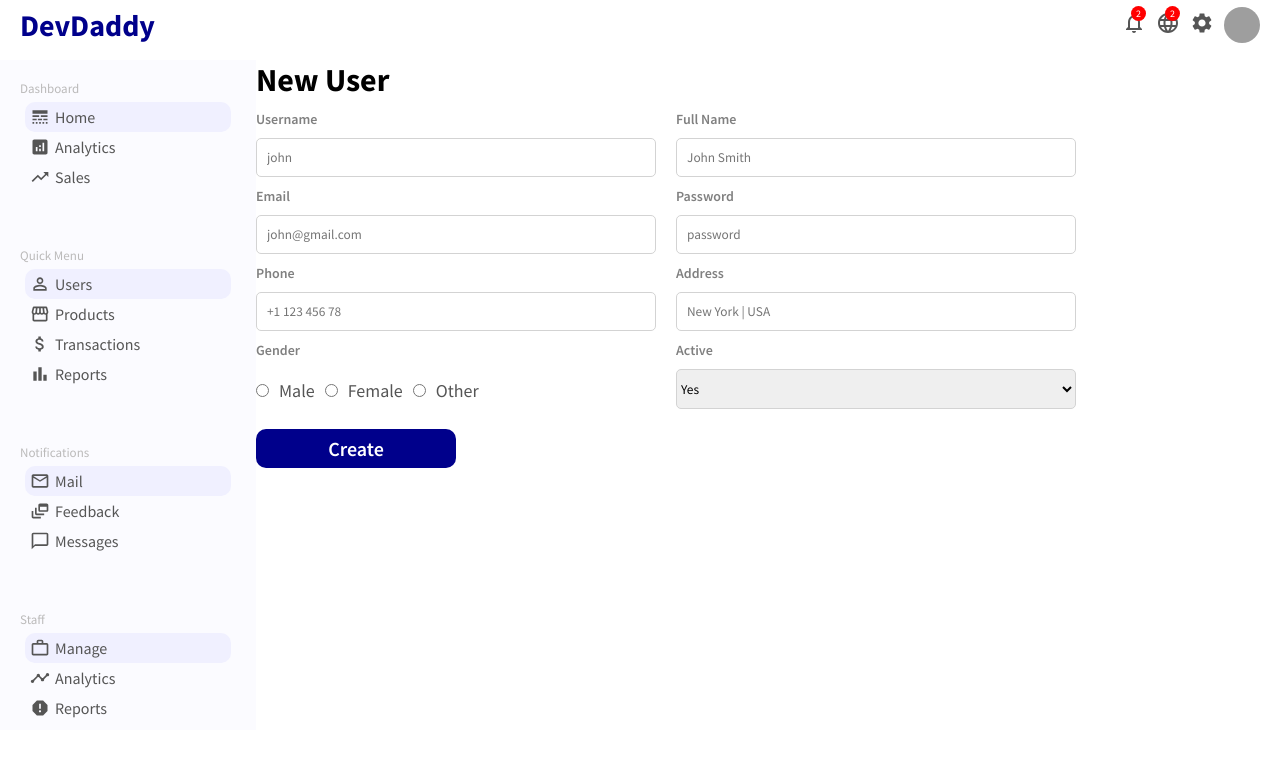
Repository: Marhamat92/react-admin-dashboard
Page: /newUser
An editor plug-in stored every save of this project. The page is shown before and after the next save, followed by the edit.
The browser window is 1280 px wide. The pictures show the whole page.
Pictures or frames that could not be fetched are drawn as grey boxes. The project was rebuilt for these pictures with package versions that can differ from the ones it lists, and the page was loaded fresh each time. Also part of the build but not shown: src/pages/home/home.scss, src/components/featuredInfo/featuredInfo.scss, src/components/featuredInfo/FeaturedInfo.js, src/components/chart/chart.scss, src/components/chart/Chart.js, src/data/userData.js, src/components/widgetSm/widgetSm.scss, src/components/widgetSm/WidgetSm.js and 8 more.

Above is the page before, as saved 2023-02-13 14:43:43.

After the next save:
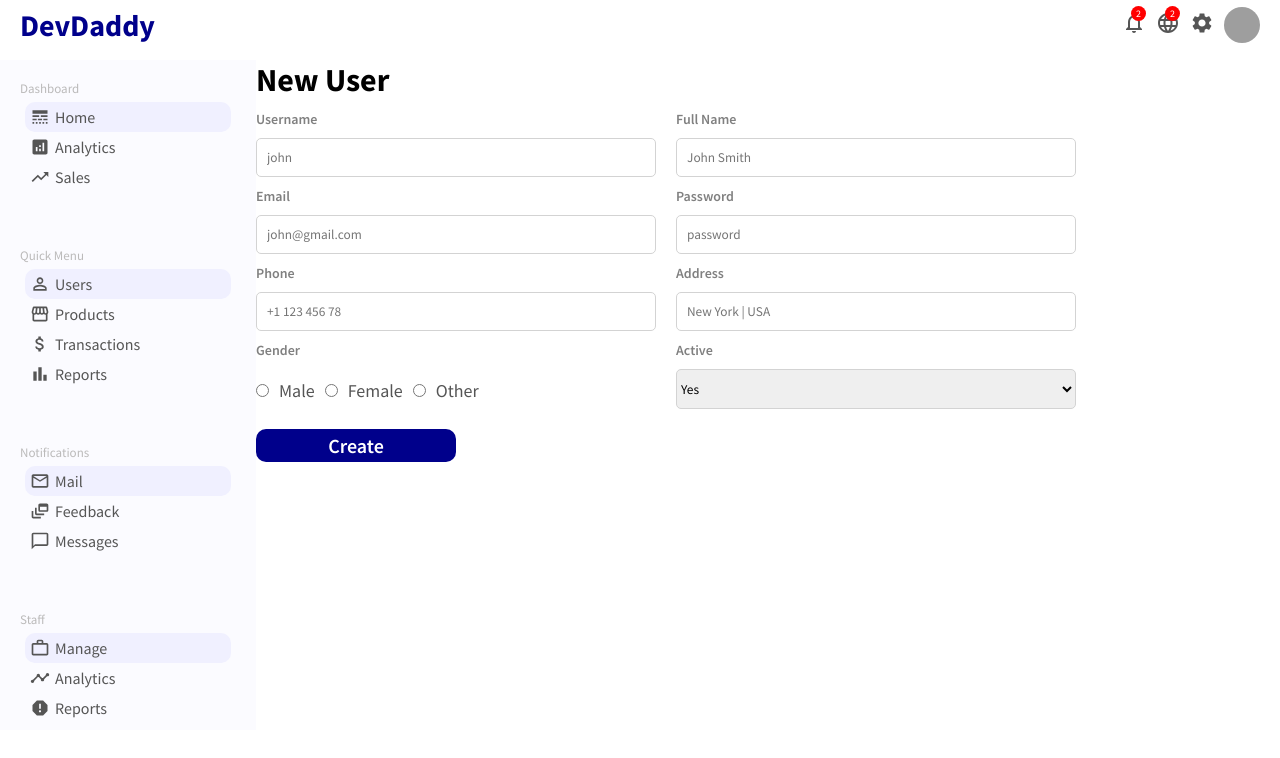
Saved 7 s later.
--- a/src/pages/newUser/newUser.scss
+++ b/src/pages/newUser/newUser.scss
@@ -51,7 +51,7 @@
   background-color: darkblue;
   color: white;
   font-weight: 600;
-  padding: 7px 10px;
+  padding: 4px 10px;
   border-radius: 10px;
   cursor: pointer;
   margin-top: 20px;
